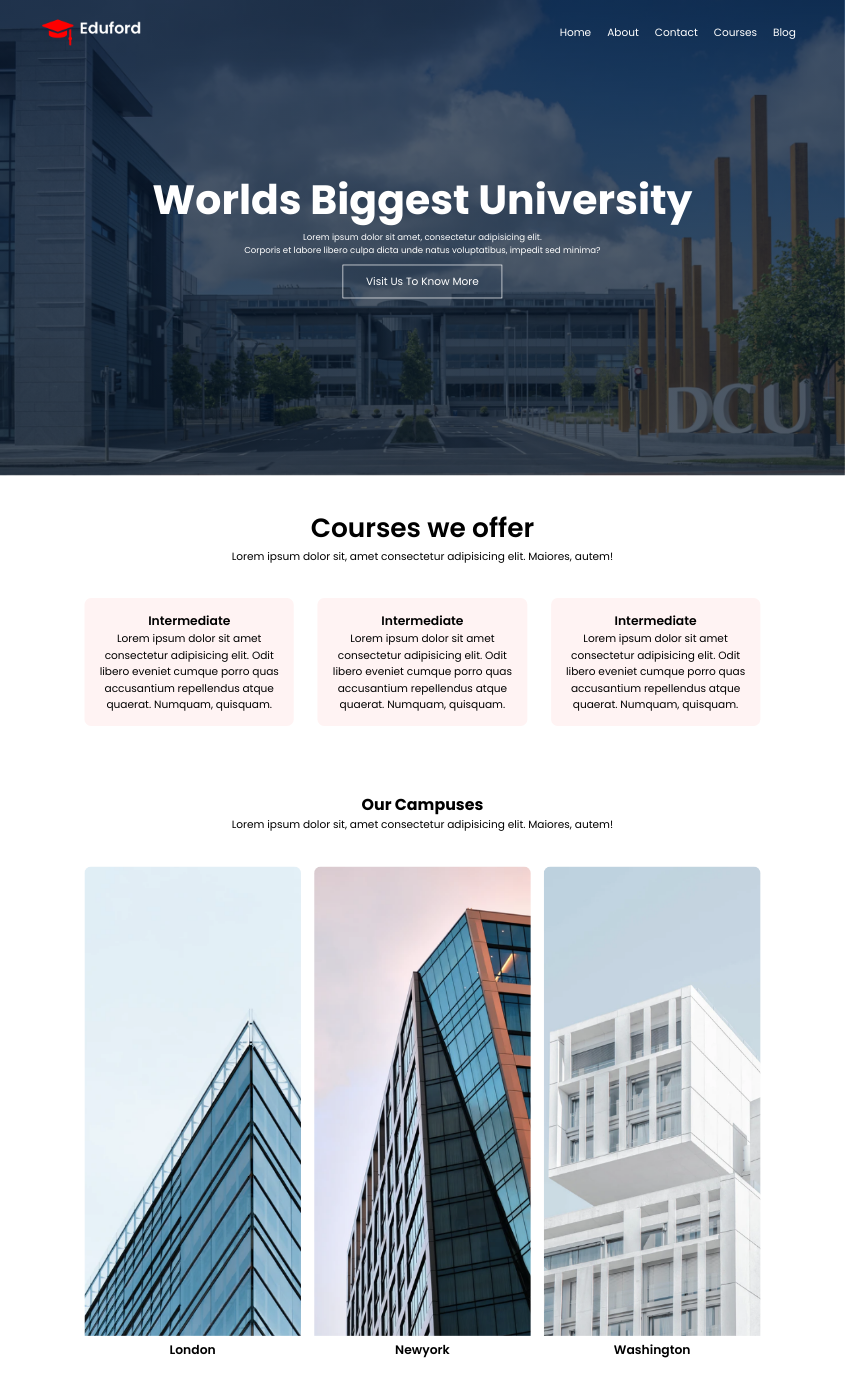
Repository: yashrajverma/Practise
Page: index.html
The author's editor kept a copy of each file at every save. The page is drawn from the files as they stood at one save, then again after the next save.
The browser window is 1280 px wide. The pictures show the whole page, at 66% of full size.

Above is the page before, as saved 2021-04-27 12:27:26.

After the next save:
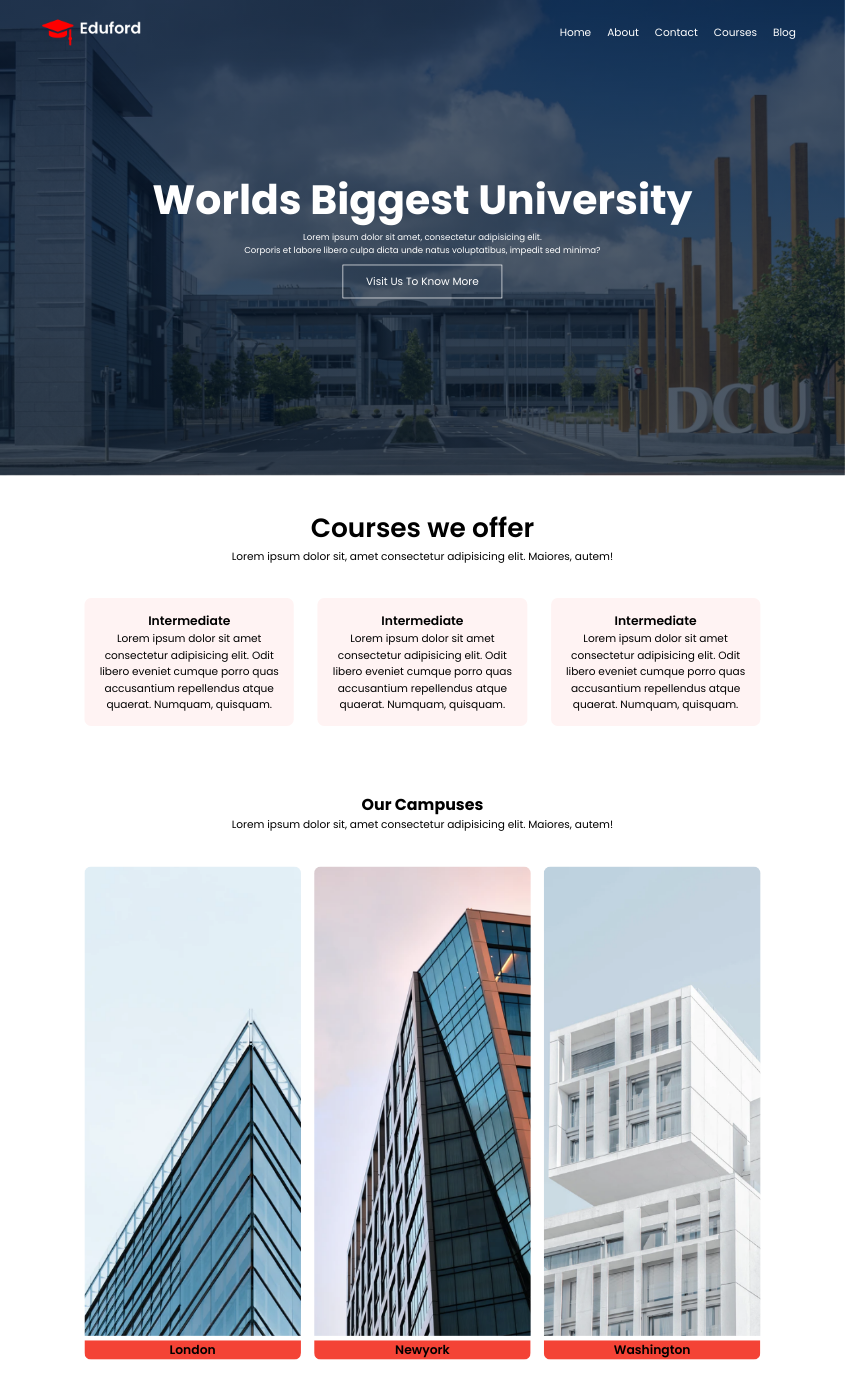
Saved 27 s later.
--- a/style.css
+++ b/style.css
@@ -169,3 +169,10 @@
     position: relative;
     overflow: hidden;
 }
+.campus-col .layer{
+    background: #f44336;
+    left: 0;
+    top: 0;
+    position: relative;
+
+}
